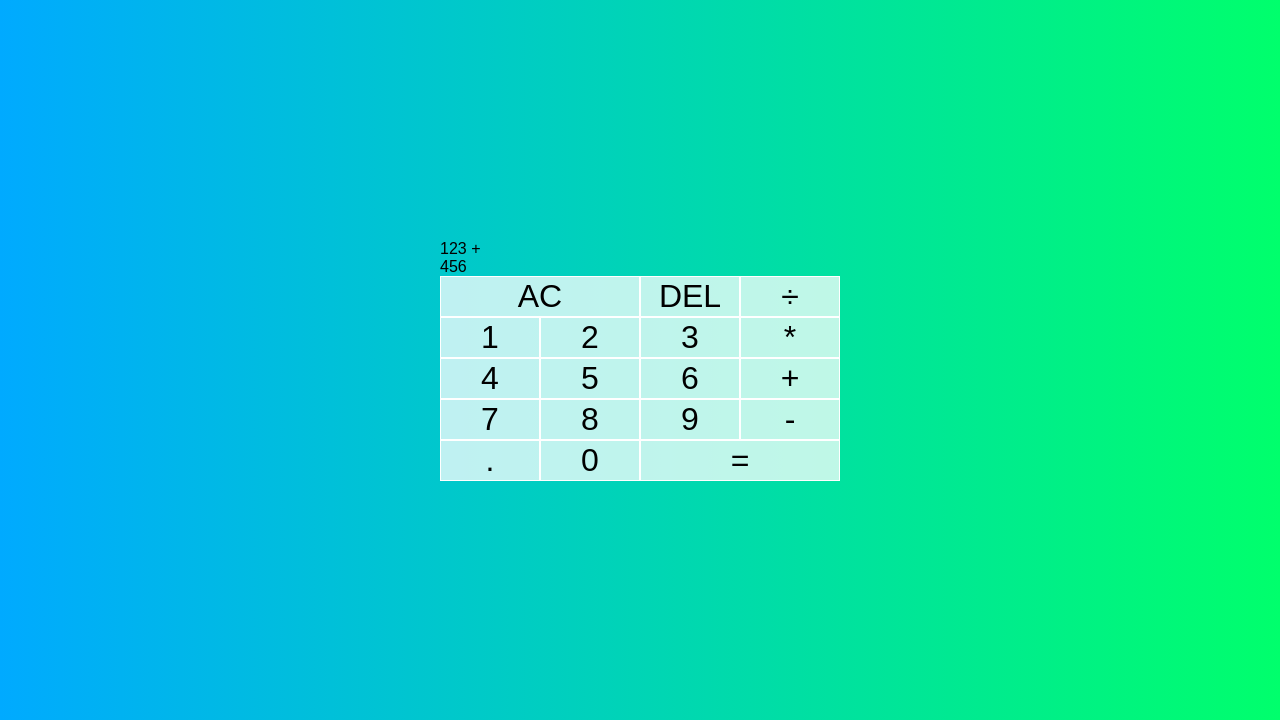
Repository: weazzyefff/Calculator-YT-Tutorial-
Page: index.html
An editor plug-in stored every save of this project. The page is shown before and after the next save, followed by the edit.
The browser window is 1280 px wide. The pictures show the whole page.

Above is the page before, as saved 2022-12-23 12:14:50.

### index.html
<!DOCTYPE html>
<html>
<head>
	<meta charset="utf-8">
	<meta name="viewport" content="width=device-width, initial-scale=1">
	<title>Calculator App</title>
    <link rel="stylesheet" href="styles.css">
    <script src="script.js" defer></script>
</head>
<body>
    <div class="calculator-grid">
    <div class="output">
        <div class="previous-operand">123 +</div>
        <div class="current-operand">456</div>
    </div>
    <button class="span-two">AC</button>
    <button>DEL</button>
    <button>÷</button>
    <button>1</button>
    <button>2</button>
    <button>3</button>
    <button>*</button>
    <button>4</button>
    <button>5</button>
    <button>6</button>
    <button>+</button>
    <button>7</button>
    <button>8</button>
    <button>9</button>
    <button>-</button>
    <button>.</button>
    <button>0</button>
    <button class="span-two">=</button>
    </div>

</body>
</html>

### styles.css
*, *::before, *::after {
    box-sizing: border-box;
    font-family: Gotham Rounded, sans-serif;
    font-weight: normal;
}

body {
    padding: 0;
    margin: 0;
    background: linear-gradient(to right, #00AAFF, #00FF6C);
}

.calculator-grid {
    display: grid;
    justify-content: center;
    align-content: center;
    min-height: 100vh;
    grid-template-columns: repeat(4,100px);
    grid-template-rows: minmax(120px, auto) repeat((5, 100px));
}

.calculator-grid > button {
    cursor: pointer;
    font-size: 2rem;
    border: 1px solid white;
    outline: none;
    background-color: rgba(255,255,255, .75);
}

.calculator-grid > button:hover {
    background-color:rgba(255,255,255, .9);
}

.span-two {
    grid-column: span 2;
}

.output  {
    grid-column: 1 / -1;
}

Loaded but not shown: script.js (no stored copy; drawn as an empty file)

After the next save:
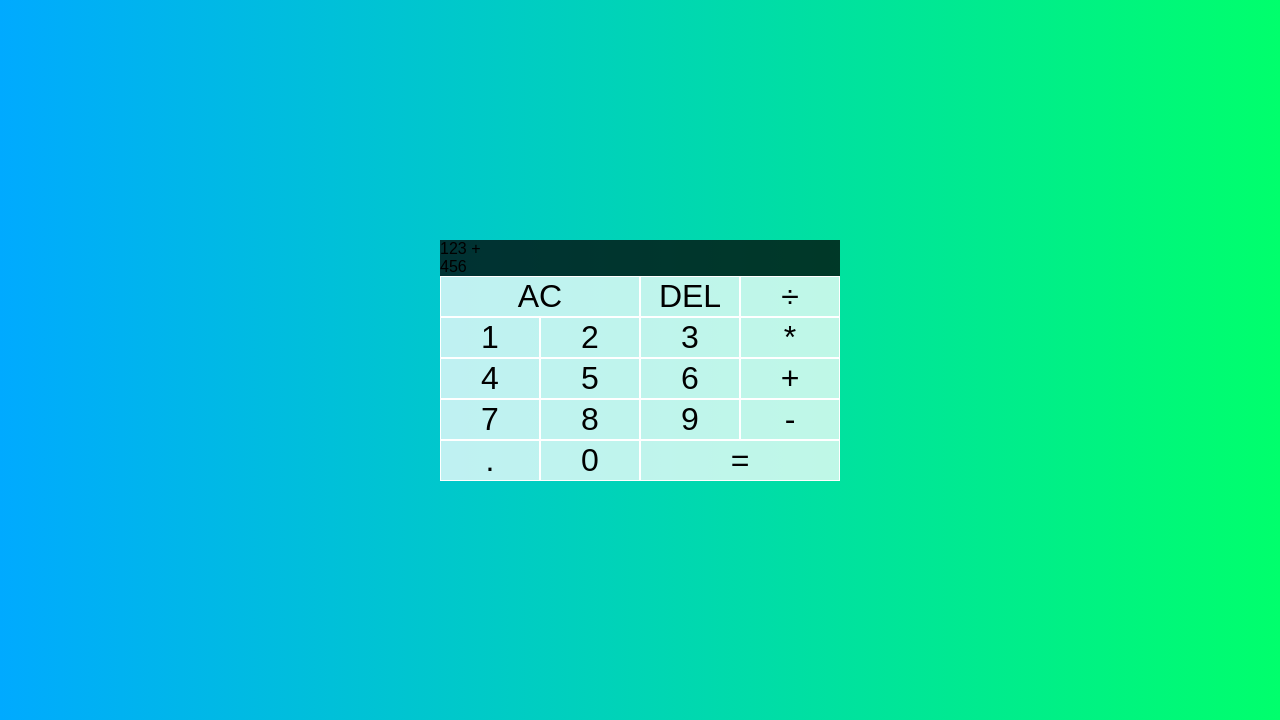
Saved 45 s later.
--- a/styles.css
+++ b/styles.css
@@ -37,4 +37,5 @@ body {
 
 .output  {
     grid-column: 1 / -1;
+    background-color: rgba(0,0,0, .75);
 }
